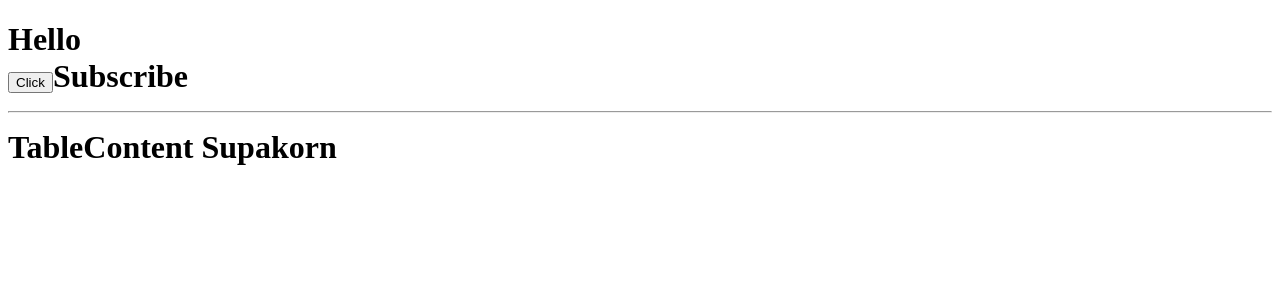
Repository: supakorn5039-boon/React-s
Page: /
These files come from the project's save history. The page is drawn as it stood at one moment and after the next save; the edit follows.
The browser window is 1280 px wide. The pictures show the whole page.
The project was rebuilt for these pictures with package versions that can differ from the ones it lists, and the page was loaded fresh each time. Also part of the build but not shown: vite.config.js.

Above is the page before, as saved 2024-01-09 08:43:57.

After the next save:
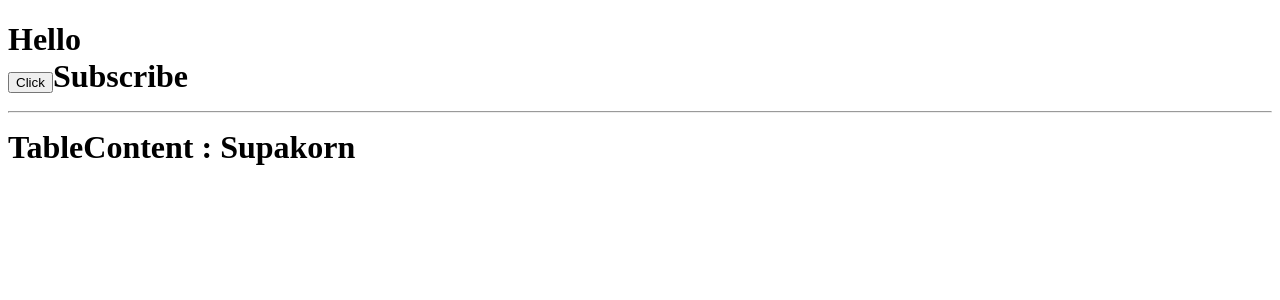
Saved 7 s later.
--- a/src/components/TableContent.jsx
+++ b/src/components/TableContent.jsx
@@ -1,3 +1,3 @@
 export default function TableContent({ data }) {
-  return <div>TableContent {data}</div>;
+  return <div>TableContent : {data}</div>;
 }
